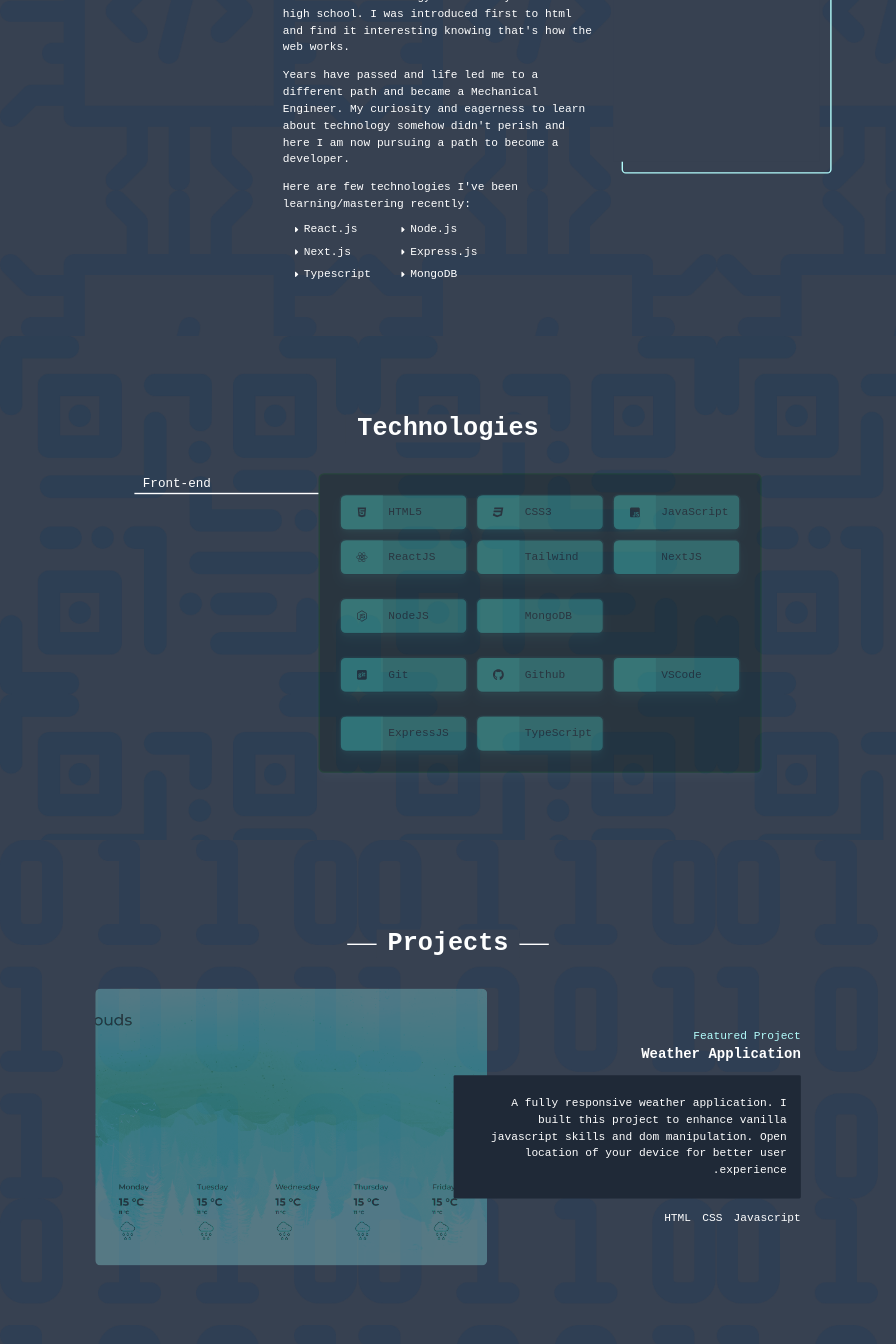
Repository: riandev25/nextjs-portfolio
Page: /
The author's editor kept a copy of each file at every save. The page is drawn from the files as they stood at one save, then again after the next save.
The browser window is 1280 px wide. The pictures show the part of the page from y = 960 to 2880 px (the page is 2880 px tall), at 70% of full size.
Backgrounds fixed to the window are drawn as part of the page. The project was rebuilt for these pictures with package versions that can differ from the ones it lists, and the page was loaded fresh each time. The framework's server and built-in components were replaced by stand-ins that run in the browser. Also part of the build but not shown: next.config.js, components/Home/Keyboard/index.module.css, components/Home/Keyboard/index.jsx, components/About/Contacts.jsx.

Above is the page before, as saved 2022-11-13 13:06:00.

### pages/_app.jsx
import Head from 'next/head';
import link from 'next/link';
import '../styles/globals.css';

import Layout from '../components/Layout';
import { ParallaxProvider } from 'react-scroll-parallax';

function MyApp({ Component, pageProps }) {
  return (
    <ParallaxProvider>
      <Head>
        <title>Rian Miguel Engracia</title>
        <meta name='viewport' content='initial-scale=1.0, width=device-width' />
        <link
          rel='apple-touch-icon'
          sizes='180x180'
          href='/apple-touch-icon.png'
        />
        <link
          rel='icon'
          type='image/png'
          sizes='32x32'
          href='/favicon-32x32.png'
        />
        <link
          rel='icon'
          type='image/png'
          sizes='16x16'
          href='/favicon-16x16.png'
        />
        <link rel='manifest' href='/site.webmanifest' />
        <link rel='mask-icon' href='/safari-pinned-tab.svg' color='#5bbad5' />
        <meta name='msapplication-TileColor' content='#2d89ef' />
        <meta name='theme-color' content='#ffffff' />
      </Head>
      <Layout>
        <Component {...pageProps} />
      </Layout>
    </ParallaxProvider>
  );
}

export default MyApp;

### pages/index.jsx
import Head from 'next/head';
import Image from 'next/image';
import Home from '../components/Home/Home';
import { Fragment } from 'react';
import Header from '../components/Header';
import About from '../components/About';
import Technologies from '../components/Technologies';
import Projects from '../components/Projects';

export default function Page() {
  return (
    <Fragment>
      <Header />
      <Home />
      <About />
      <Technologies />
      <Projects title='Projects' />
    </Fragment>
  );
}

### styles/globals.css
@tailwind base;
@tailwind components;
@tailwind utilities;

html,
body {
  padding: 0;
  margin: 0;
  /* font-family: 'Roboto', sans-serif; */
  font-family: monospace, sans-serif;
}

a {
  color: inherit;
  text-decoration: none;
}

* {
  box-sizing: border-box;
}

.image-filter {
  /* filter: invert(93%) sepia(19%) saturate(586%) hue-rotate(121deg)
    brightness(102%) contrast(97%); */
  filter: invert(93%) sepia(69%) saturate(347%) hue-rotate(120deg)
    brightness(104%) contrast(97%);
  opacity: 0.3;
  transition: filter 0.3s, opacity 0.3s;
}

.image-filter:hover {
  filter: none;
  opacity: 1;
}

@media (prefers-color-scheme: dark) {
  html {
    color-scheme: dark;
  }
  body {
    color: white;
    background: black;
  }
}

### components/Layout/index.jsx
import Header from '../Header';
import Email from '../Header/Email';

const Layout = ({ children }) => {
  return (
    <div className='relative w-full h-full bg-gray-700' dir='ltr'>
      <Header />
      <Email />
      {children}
    </div>
  );
};

export default Layout;

### components/Home/Home.jsx
import Link from 'next/link';
import Image from 'next/future/image';
import { useParallax } from 'react-scroll-parallax';
import styles from './index.module.css';
import DevImage from '../../assets/images/dev-image.svg';
import GithubImage from '../../assets/images/github-neon-fill.png';
import LinkedinImage from '../../assets/images/linkedin-neon-fill.png';
import FacebookImage from '../../assets/images/facebook-neon-fill.png';
import Keyboard from './Keyboard';
import { useState } from 'react';

export const CONTACTS = [
  {
    id: 'github',
    imgSrc: GithubImage,
    link: 'https://github.com/riandev25',
  },
  {
    id: 'linkedin',
    imgSrc: LinkedinImage,
    link: 'https://www.linkedin.com/in/rian-miguel-engracia/',
  },
  {
    id: 'facebook',
    imgSrc: FacebookImage,
    link: 'https://web.facebook.com/rianmiguel.engracia',
  },
  {
    id: 'email',
    email: 'rianengracia@gmail.com',
  },
];

const nameArray = ['I', '&apos;', 'm', ' ', 'R', 'i', 'a', 'n'];
const jobArray = [
  'f',
  'u',
  'l',
  'l',
  ' ',
  's',
  't',
  'a',
  'c',
  'k',
  ' ',
  'd',
  'e',
  'v',
  'e',
  'l',
  'o',
  'p',
  'e',
  'r',
];

const Home = () => {
  const { ref } = useParallax({
    translateY: [-100, 30, 'easeInOut'],
  });
  const [keyboard, setKeyboard] = useState(true);
  return (
    <header className='flex justify-center items-center w-full h-screen px-20 bg-fixed bg-repeat bg-bg_gear_image'>
      <section ref={ref} className='w-4/12 space-y-4'>
        <div className='flex flex-col gap-2.5 place-items-start'>
          <h1 className={`text-xl font-thin text-white ${styles.typingLet}`}>
            Hi there!
          </h1>
          <h1 className='text-6xl font-bold animate-neon_text'>
            I&apos;m Rian Miguel
          </h1>
          <h1 className='text-xl text-white font-bold'>
            <span className='text-xl font-thin'>a</span> Full Stack Developer
          </h1>
        </div>
        <ul className='flex flex-row gap-4'>
          {CONTACTS.map((item) => {
            if (item.id === 'email') return;
            return (
              <li
                className='block p-3 bg-gray-800 border rounded-lg border-[#b2fcfb] transition-all hover:scale-110'
                key={item.id}
              >
                <Link href={item.link} legacyBehavior>
                  <a className=''>
                    <Image
                      className=''
                      src={item.imgSrc}
                      alt={item.id}
                      width={20}
                      height={20}
                      sizes='5vw'
                    />
                  </a>
                </Link>
              </li>
            );
          })}
        </ul>
      </section>
      <section className='hidden lg:flex max-w-2xl h-full justify-center items-center'>
        <Image
          src={DevImage}
          alt='dev-image'
          width={500}
          height={500}
          sizes='(max-width: 768px) 50vw'
        />
        {/* <Keyboard /> */}
      </section>
    </header>
  );
};

export default Home;

### components/Header/index.jsx
import Logo from '../Logo';
import Navbar from './Navbar';
import { FontAwesomeIcon } from '@fortawesome/react-fontawesome';
import { faBars } from '@fortawesome/free-solid-svg-icons';

const Header = () => {
  return (
    <nav className='px-8 py-1 bg-gray-700 dark:bg-gray-900 fixed w-full z-50 top-0 left-0 border-b shadow-sm border-gray-700 md:px-12 md:py-3 dark:border-gray-600'>
      <div className='flex flex-row justify-between items-center w-full'>
        <section className=''>
          <Logo />
        </section>

        <div className='flex md:order-2'>
          <button
            type='button'
            className='hidden lg:flex bg-transparent text-[#b2fcfb] border border-[#b2fcfb] hover:bg-[#b2fcfb] hover:opacity-40 transition-all font-medium rounded-lg text-sm px-5 py-2.5 text-center mr-3 md:mr-0 dark:bg-blue-600 dark:hover:bg-blue-700 dark:focus:ring-blue-800'
          >
            Get started
          </button>
          <button
            data-collapse-toggle='navbar-sticky'
            type='button'
            className='cursor-pointer inline-flex items-center p-2 text-sm bg-white rounded-lg md:hidden hover:bg-gray-400 focus:outline-none focus:ring-2 focus:ring-gray-200 dark:text-gray-400 dark:hover:bg-gray-700 dark:focus:ring-gray-600'
            aria-controls='navbar-sticky'
            aria-expanded='false'
          >
            <span className='sr-only'>Open main menu</span>
            <FontAwesomeIcon icon={faBars} className='text-gray-800' />
          </button>
        </div>
        <Navbar />
      </div>
    </nav>
  );
};

export default Header;

### components/About/index.jsx
import Image from 'next/future/image';
import Contacts from './Contacts';
import PageHeader from '../PageHeader';
import { FontAwesomeIcon } from '@fortawesome/react-fontawesome';
import { faCaretRight } from '@fortawesome/free-solid-svg-icons';
import ProgrammerImage from '../../assets/images/programmer.jpg';
import { useParallax } from 'react-scroll-parallax';

const technologies = [
  'React.js',
  'Node.js',
  'Next.js',
  'Express.js',
  'Typescript',
  'MongoDB',
];

const About = () => {
  return (
    <div className='relative pt-4 w-full h-screen flex flex-col gap-11 justify-center items-center text-white px-20 bg-bg_chip_image bg-fixed'>
      {/* <Contacts /> */}
      <PageHeader title='About me' />
      <div className='max-w-3xl flex flex-row gap-6'>
        <section className='max-w-md flex flex-col gap-4'>
          <p>
            Hi! I am Rian Miguel Engracia, a Registered Mechanical Engineer in
            the Philippines. My interest in technology started way back in high
            school. I was introduced first to html and find it interesting
            knowing that&apos;s how the web works.
          </p>
          <p>
            Years have passed and life led me to a different path and became a
            Mechanical Engineer. My curiosity and eagerness to learn about
            technology somehow didn&apos;t perish and here I am now pursuing a
            path to become a{' '}
            <span className='text-[neon-green] no-underline decoration-[neon-green] underline-offset-4 decoration-2 hover:underline'>
              developer
            </span>
            .
          </p>
          <div className='flex flex-col gap-3'>
            <p>
              Here are few technologies I&apos;ve been learning/mastering
              recently:
            </p>
            <ul className='grid grid-cols-3 gap-2'>
              {technologies.map((item, i) => {
                return (
                  <li
                    key={item}
                    className={`${(i + 1) % 2 === 0 ? 'col-span-2' : ''}
                    } flex justify-start items-center gap-2 pl-4`}
                  >
                    <FontAwesomeIcon icon={faCaretRight} className='w-1.5' />
                    <span className=''>{item}</span>
                  </li>
                );
              })}
            </ul>
          </div>
        </section>
        <section className='relative'>
          <div className='absolute z-20 w-[295px] h-[295px] bg-gray-700'></div>
          <Image
            className='relative z-30 rounded-md image-filter bg-[#b2fcfb] border-2 peer'
            src={ProgrammerImage}
            alt='developer'
            width={300}
            height={300}
            priority='false'
            sizes='(max-width: 768px) 100vw, 50vw'
          />
          <div className='absolute top-0 left-0 w-[300px] h-[300px] bg-transparent border-2 border-[#b2fcfb] transition-duration-300 delay-300 ease-in-out translate-x-3 translate-y-3 z-10 rounded-md peer-hover:translate-x-2 peer-hover:translate-y-2 '></div>
        </section>
      </div>
    </div>
  );
};

export default About;

### components/Projects/index.jsx
import Link from 'next/link';
import Image from 'next/future/image';
import PageHeader from '../PageHeader';
import WeatherImage from '../../assets/images/weather-app.png';
import { FontAwesomeIcon } from '@fortawesome/react-fontawesome';
import { faGithubAlt } from '@fortawesome/free-brands-svg-icons';
import { faSquareArrowUpRight } from '@fortawesome/free-solid-svg-icons';
import Links from './Links';

const TECH_WEATHER = ['HTML', 'CSS', 'Javascript'];
const WEATHER = [
  {
    id: 1,
    icon: faGithubAlt,
    link: 'https://riandev25.github.io/js-weather-app/dist/',
  },
  {
    id: 2,
    icon: faSquareArrowUpRight,
    link: 'https://riandev25.github.io/js-weather-app/dist/',
  },
];

const Projects = () => {
  return (
    <div className='pt-4 flex flex-col w-full h-screen gap-11 justify-center items-center text-white px-24 bg-bg_binary_image bg-fixed'>
      <PageHeader title='Projects' />
      <div className='flex flex-row justify-center items-center max-w-full'>
        <section className='z-10 relative w-[35rem] aspect-[17/12] flex-auto flex image-filter'>
          <Image
            src={WeatherImage}
            alt='weather-app'
            fill
            className='object-cover absolute rounded-lg'
          />
        </section>
        <section
          className='z-20 w-[21rem] flex flex-col overflow-visible space-y-4 lg:w-[28rem]'
          dir='rtl'
        >
          <div className='flex flex-col justify-end items-end' dir='ltr'>
            <h2 className='text-neon text-right'>Featured Project</h2>
            <h1 className='text-xl font-bold text-right'>
              Weather Application
            </h1>
          </div>
          <div className='flex w-[30rem] bg-gray-800 p-7 pl-12 pr-5 rounded-sm xl:w-[31rem]'>
            <p className='text-right'>
              A fully responsive weather application. I built this project to
              enhance vanilla javascript skills and dom manipulation. Open
              location of your device for better user experience.
            </p>
          </div>
          <ul
            className='flex flex-row justify-end items-center gap-4'
            dir='ltr'
          >
            {TECH_WEATHER.map((item) => {
              return <li key={item}>{item}</li>;
            })}
          </ul>
          <Links array={WEATHER} />
        </section>
      </div>
    </div>
  );
};

export default Projects;

### components/Header/Email.jsx
import Link from 'next/link';

const Email = () => {
  return (
    <aside className='fixed bottom-36 right-12 origin-top-right rotate-90'>
      <div className='flex justify-center items-center relative'>
        <Link href='' legacyBehavior>
          <a className='z-50 transition-all text-[#b2fcfb] bg-gray-700 px-2 hover:text-[#68fffc] hover:scale-110'>
            rianengracia@gmail.com
          </a>
        </Link>
        <div className='w-96 bg-[#b2fcfb] absolute top-1/2 left-0 h-px'></div>
      </div>
    </aside>
  );
};

export default Email;

### components/Home/index.module.css
.typingLet {
  width: 134px;
  animation: typing 2s steps(12), blink 0.5s step-end infinite alternate;
  white-space: nowrap;
  overflow: hidden;
  border-right: 3px solid;
  font-family: monospace;
  font-size: 2em;
}

@keyframes typing {
  from {
    width: 0;
  }
}

@keyframes blink {
  50% {
    border-color: transparent;
  }
}

### components/Logo/index.jsx
import Image from 'next/future/image';
import LogoImage from '../../assets/images/logo.svg';
import LogoDark from '../../assets/images/logo-dark.svg';
import LogoLight from '../../assets/images/logo-light.svg';
import {
  faAngleLeft,
  faGear,
  faforward,
} from '@fortawesome/free-solid-svg-icons';
import { FontAwesomeIcon } from '@fortawesome/react-fontawesome';

const Logo = () => {
  return (
    <div className='flex items-center relative'>
      <Image
        src={LogoImage}
        alt='logo'
        width={185}
        height={55}
        className='hidden md:flex'
        sizes='(max-width: 768px) 15vw'
      />
      {/* <Image
        src={LogoLight}
        alt='logo-light'
        width={50}
        height={50}
        className='flex md:hidden'
        sizes='(max-width: 768px) 15vw'
      /> */}
    </div>
  );
};

export default Logo;

### components/Header/Navbar.jsx
import Link from 'next/link';

const Navbar = () => {
  const data = [
    {
      id: 'Home',
    },
    {
      id: 'About',
    },
    {
      id: 'Technologies',
    },
    {
      id: 'Projects',
    },
  ];
  return (
    <div
      className='hidden absolute top-0 right-0 justify-between items-center w-full md:flex md:relative md:w-auto md:order-1'
      id='navbar-sticky'
    >
      <ul className='flex flex-col justify-center items-center flex-auto rounded-lg md:justify-between md:flex-row md:space-x-12 md:p-2 md:mt-0 md:text-sm md:font-medium md:border-0 dark:bg-gray-800 md:dark:bg-gray-900 dark:border-gray-700'>
        {data.map((item) => {
          return (
            <li key={item.id} className='relative group'>
              <Link href={item.id}>
                <a
                  className='block py-2 px-1 text-base font-extralight text-white dark:text-white'
                  // aria-current='page'
                >
                  {item.id}
                </a>
              </Link>

              <span className='z-50 absolute bottom-1.5 w-0 h-[1px] bg-white transition-all md:group-hover:w-full'></span>
            </li>
          );
        })}
      </ul>
    </div>
  );
};

export default Navbar;

### components/PageHeader/index.jsx
const PageHeader = ({ title }) => {
  return (
    <div className='relative overflow-visible flex justify-center items-center'>
      <h1 className='relative z-10 w-full text-4xl font-bold flex flex-start bg-gray-700 px-4 animate-neon_text'>
        {title}
      </h1>
      <span className='absolute top-1/2 w-72 h-0.5 bg-white animated-neon_bg'></span>
    </div>
  );
};

export default PageHeader;

### components/Projects/Links.jsx
import Link from 'next/link';
import { FontAwesomeIcon } from '@fortawesome/react-fontawesome';

const Links = ({ array }) => {
  array.map((item) => {
    return (
      <ul key={item.id} className='flex flex-row'>
        <li>
          <Link href={item.link} passHref>
            <a>
              <FontAwesomeIcon icon={item.icon} className='text-white w-3' />
            </a>
          </Link>
        </li>
      </ul>
    );
  });
};

export default Links;

// 'https://riandev25.github.io/js-weather-app/dist/'

Loaded but not shown: tailwind.config.js (60 lines, source omitted); pages/_document.js (24 lines, source omitted); components/Technologies/index.jsx (206 lines, source omitted)

After the next save:
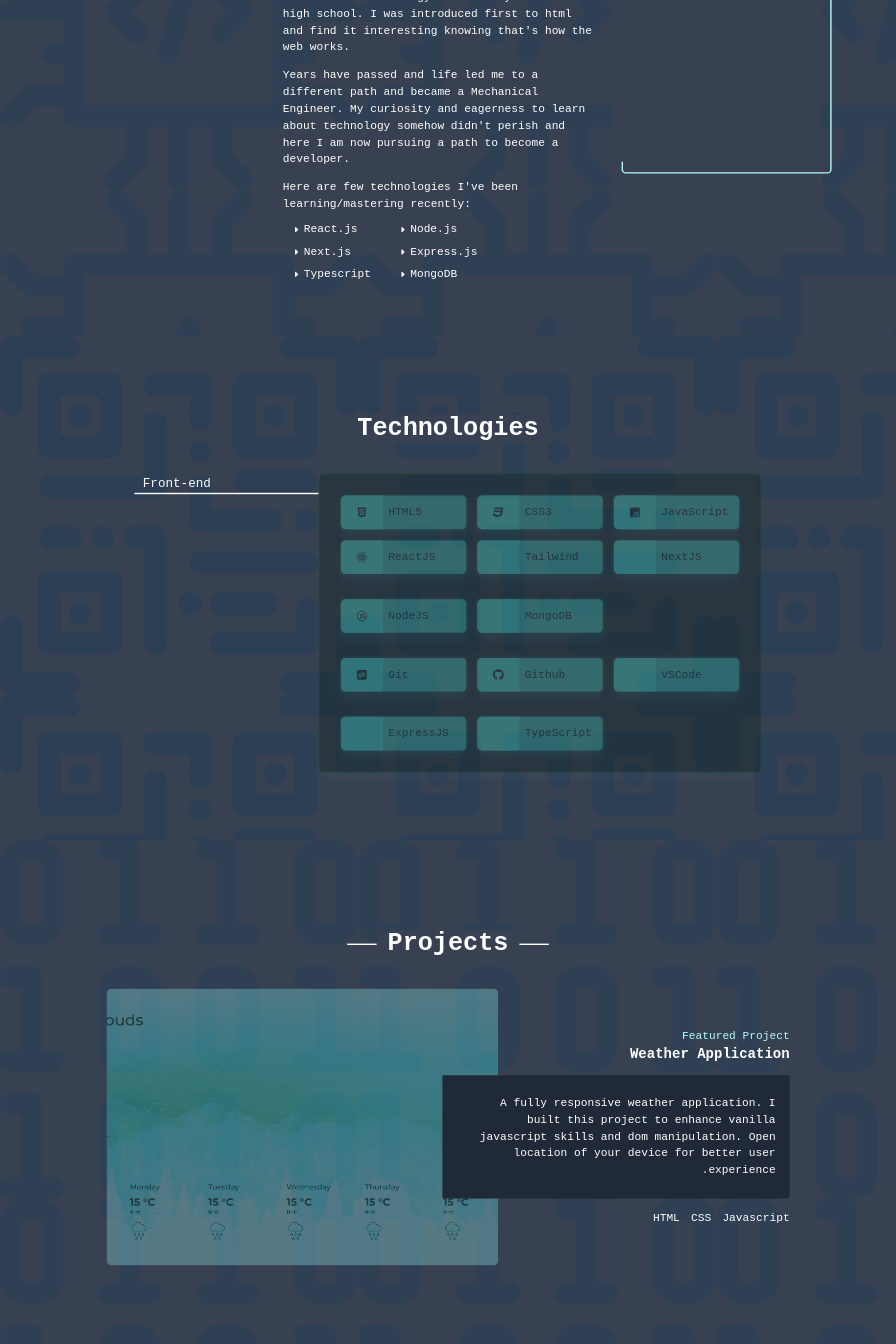
Saved 28 s later.
--- a/components/Projects/index.jsx
+++ b/components/Projects/index.jsx
@@ -35,7 +35,7 @@ const Projects = () => {
           />
         </section>
         <section
-          className='z-20 w-[21rem] flex flex-col overflow-visible space-y-4 lg:w-[28rem]'
+          className='z-20 w-[23rem] flex flex-col overflow-visible space-y-4 lg:w-[26rem]'
           dir='rtl'
         >
           <div className='flex flex-col justify-end items-end' dir='ltr'>
